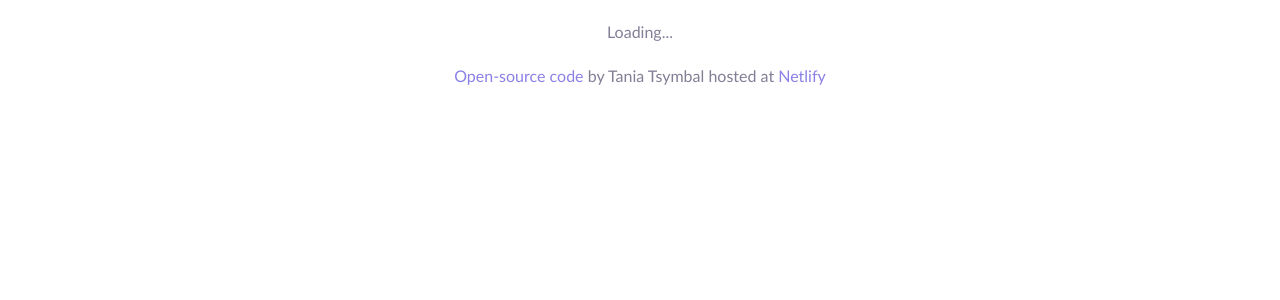
Repository: tetianatsymbal/weather-react
Page: /
These files come from the project's save history. The page is drawn as it stood at one moment and after the next save; the edit follows.
The browser window is 1280 px wide. The pictures show the whole page.
The page's requests for data from a server got no answer. The project was rebuilt for these pictures with package versions that can differ from the ones it lists, and the page was loaded fresh each time. No one was signed in, and anything a server would have sent is missing. Also part of the build but not shown: src/components/DayInfo.css, src/components/FormattedDate.js, src/components/Temperature.css, src/components/Temperature.js, src/components/WeatherIcon.js, src/components/DayInfo.js, src/components/Weather.js.

Above is the page before, as saved 2022-10-24 23:22:30.

After the next save:
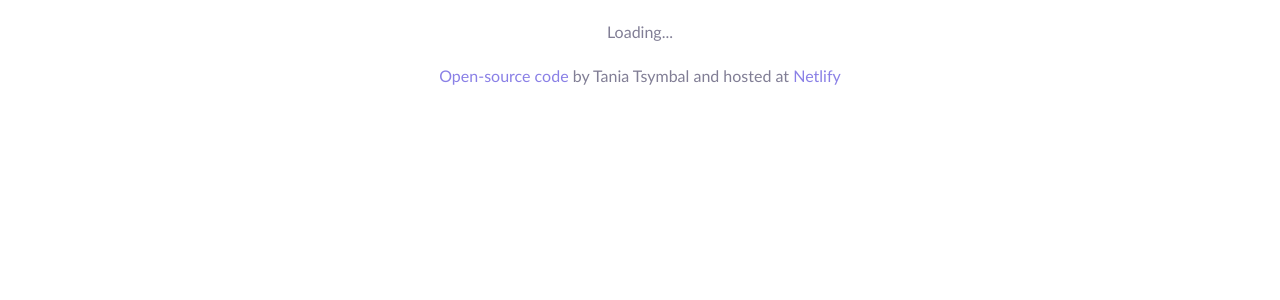
Saved 6 min 26 s later.
--- a/src/App.js
+++ b/src/App.js
@@ -17,7 +17,7 @@ function App() {
           </a>
           <span className="author"> by Tania Tsymbal</span>{" "}
           <span>
-            hosted at{" "}
+            and hosted at{" "}
             <a
               href="https://github.com/tetianatsymbal/weather-react"
               className="link-to-git"
